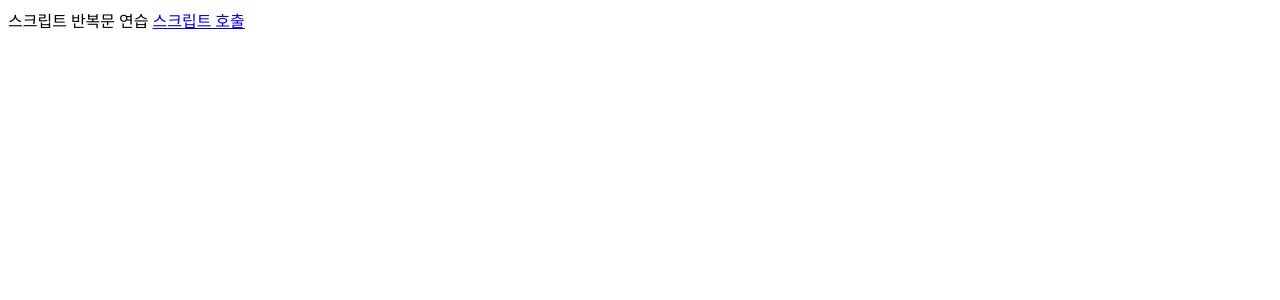
Repository: Won-Hyuk-Lee/kosta_java
Page: http://localhost/web_prj/lec_script2.jsp
These files come from the project's save history. The page is drawn as it stood at one moment and after the next save; the edit follows.
The browser window is 1280 px wide. The pictures show the whole page.
The page is served by Tomcat 9. Nobody is signed in. The application's start-up code is not run. Other server files are loaded and not shown.

Above is the page before, as saved 2024-05-28 03:46:27.

### web_prj/src/main/webapp/lec_script2.jsp
<%@ page language="java" contentType="text/html; charset=UTF-8"
    pageEncoding="UTF-8"%>
<!DOCTYPE html>
<html>
<head>
<meta charset="UTF-8">
<title>Insert title here</title>

<script>
var arr = [{"empno":"7733", "ename":"smith"} ,
    {"empno":"7799", "ename":"king"}];

for(var i = 0; i<arr.length;i++){
	console.log(arr[i]["empno"]);
}

var arr2 = [["7733", "smith"], ["7799", "king"]];

for(var i = 0; i<arr2.length;i++){
	console.log(arr2[i][0]);
}

var arr3 = [["7733", "smith"], ["7799", "king"]];

arr3.forEach(function(val, idx){
	console.log(val[1]);
});

</script>

<script src="https://code.jquery.com/jquery-3.7.1.js"></script>
<script>
	$(function() {
		myprint("홍길동");


		var arr4 = [["7733", "smith"], ["7799", "king"]];
		//여기는 인덱스 먼저임 주의하셈
		$.each(arr4, function(idx, val){
			console.log(val[1]);
		});

		var arr5 = [{"empno":"7733", "ename":"smith"} ,
		    {"empno":"7799", "ename":"king"}];
		$.map(arr5, function(val, idx){
			console.log(val["ename"]);
		});
	});

function myprint(prm){
	console.log("myprint()호출 " + prm);
}

function myprint2(prm){
	alert("myprint()호출 " + prm);
}
</script>

</head>
<body>
스크립트 반복문 연습

<a href="#" onClick="myprint2('test');">스크립트 호출</a>
</body>
</html>

After the next save:
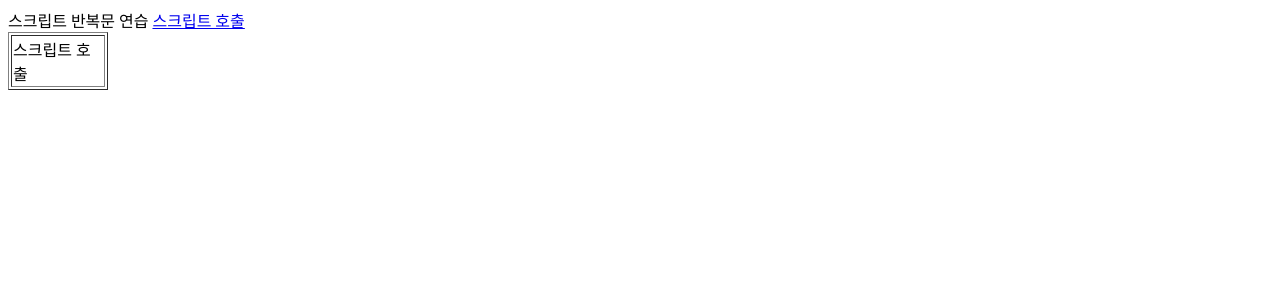
Saved 2 min 12 s later.
--- a/web_prj/src/main/webapp/lec_script2.jsp
+++ b/web_prj/src/main/webapp/lec_script2.jsp
@@ -61,5 +61,7 @@ function myprint2(prm){
 스크립트 반복문 연습
 
 <a href="#" onClick="myprint2('test');">스크립트 호출</a>
+<table border=1 width=100><tr><td>스크립트 호출</td></tr></table>
+
 </body>
 </html>
